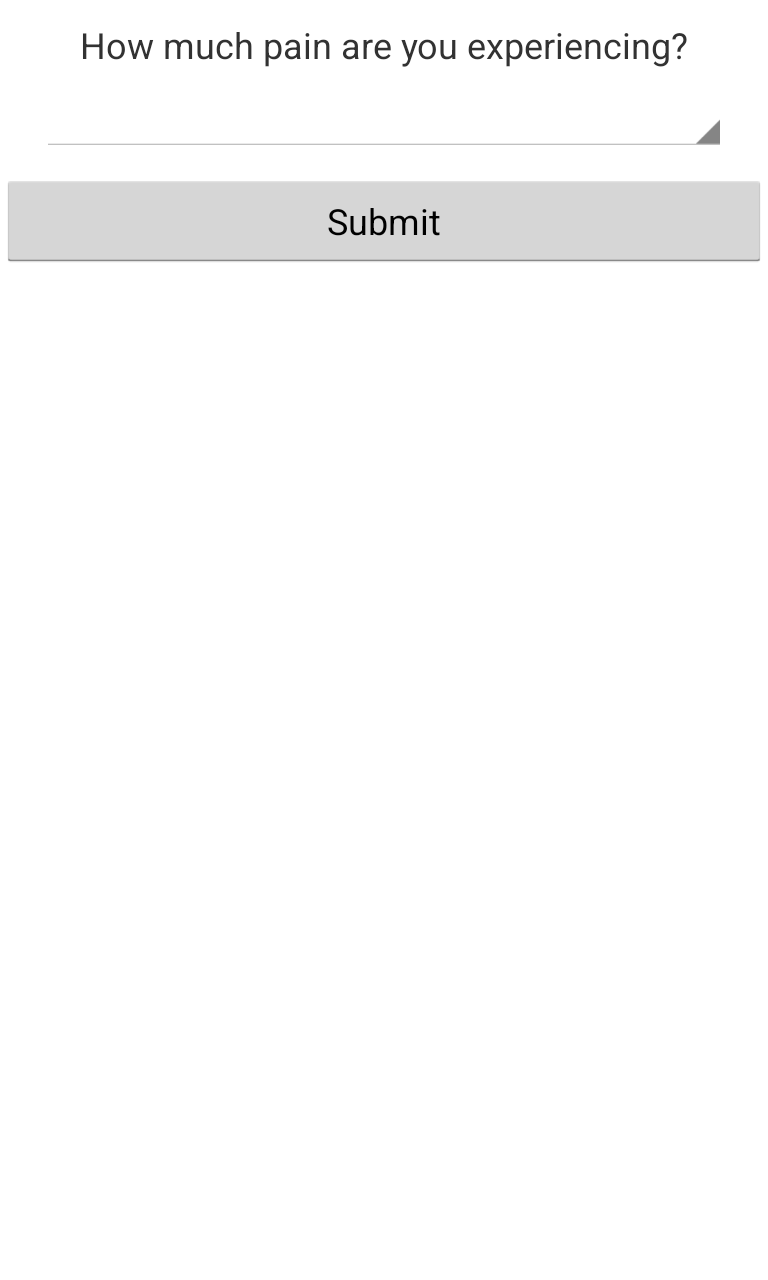
Repository: nanoweb12/GoodFeetAppNew
Layout: GoodFeetapp/res/layout/custom.xml
An editor plug-in stored every save of this project. The layout is shown before and after the next save, followed by the edit.
It is drawn on a 768 x 1280 px phone screen (xhdpi) without system bars, with theme MyTheme; the app's code is not run.

Above is the layout before, as saved 2015-02-18 10:03:35.

After the next save:
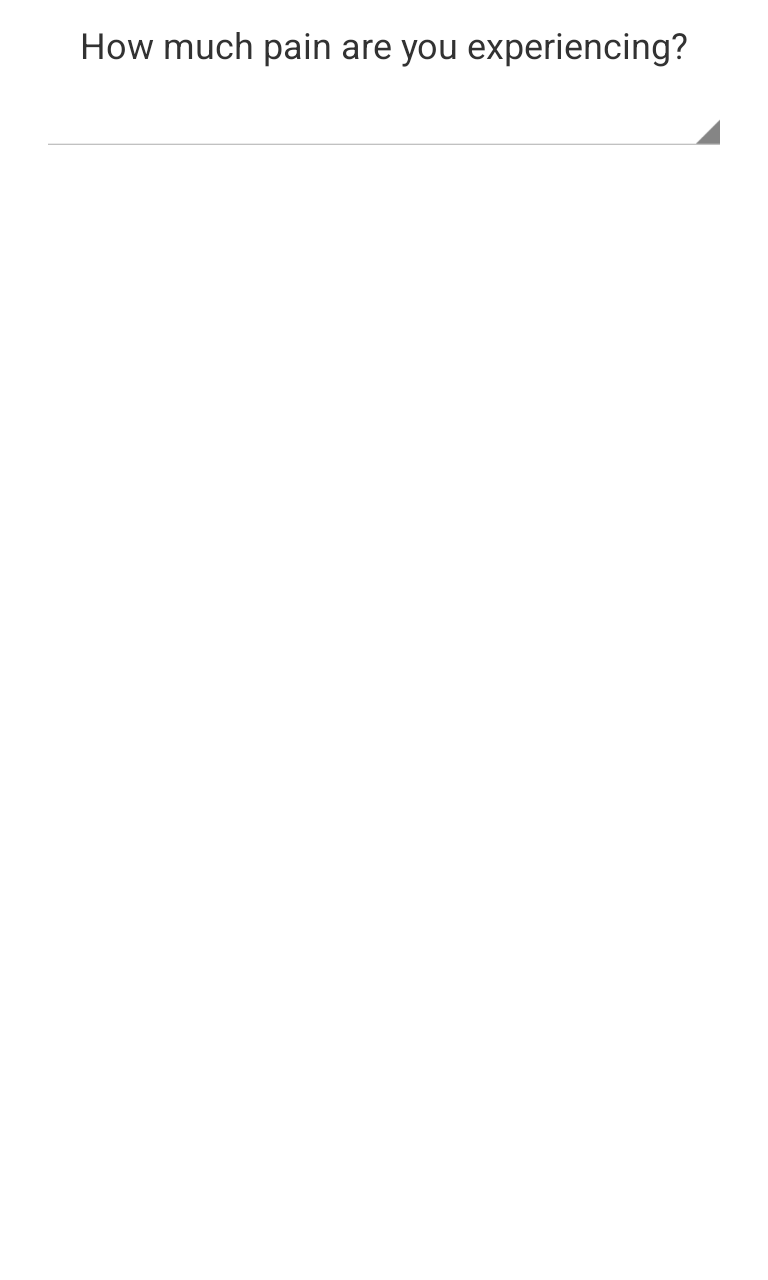
Saved 73 s later.
--- a/GoodFeetapp/res/layout/custom.xml
+++ b/GoodFeetapp/res/layout/custom.xml
@@ -24,12 +24,6 @@
         android:gravity="center"
         android:textColor="#FFF" />
 
-    <Button
-        android:id="@+id/dialogButtonOK"
-        android:layout_width="match_parent"
-        android:layout_height="wrap_content"
-        android:layout_marginTop="10dp"
-        android:gravity="center"
-        android:text="Submit" />
+
 
 </LinearLayout>
